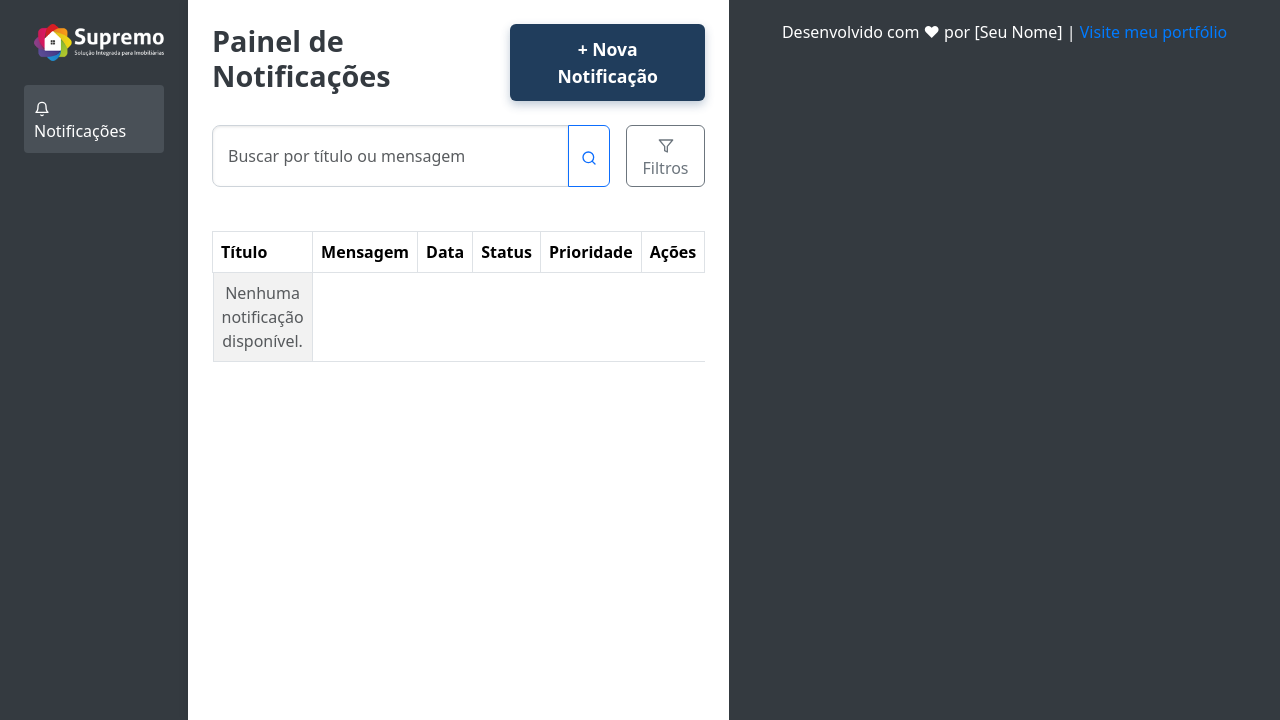
Repository: ryanmarinhodev/Supremo-teste-tecnico
Page: /notifications
An editor plug-in stored every save of this project. The page is shown before and after the next save, followed by the edit.
The browser window is 1280 px wide. The pictures show the whole page.
The project was rebuilt for these pictures with package versions that can differ from the ones it lists, and the page was loaded fresh each time. Also part of the build but not shown: src/App.css, src/Components/Login/index.jsx.

Above is the page before, as saved 2024-11-07 19:48:50.

### src/App.js
import { BrowserRouter, Routes, Route } from "react-router-dom";
import "./App.css";
import Login from "./Components/Login";
import NotificationsPage from "./Components/Notifications/homeNotification";

const App = () => {
  return (
    <BrowserRouter>
      <Routes>
        <Route path="/" element={<Login />} />
        <Route path="/notifications" element={<NotificationsPage />} />
      </Routes>
    </BrowserRouter>
  );
};

export default App;

### src/Components/Notifications/homeNotification.jsx
import React, { useState } from "react";
import Menu from "./menu";
import Buscar from "./buscar";
import TabelaNotificacoes from "./tabelaNotificacoes";
import ModalNotificacao from "./modalNotificacao";
import Footer from "./footer";
import "./notification.css";
import { Button } from "react-bootstrap";

const HomeNotification = () => {
  const [notifications, setNotifications] = useState([]);
  const [showModal, setShowModal] = useState(false);
  const [search, setSearch] = useState("");
  const [currentNotification, setCurrentNotification] = useState({
    id: null,
    title: "",
    message: "",
    date: "",
    status: "Não Lida",
    priority: "Normal",
  });

  const getCurrentDate = () => {
    const today = new Date();
    return today.toISOString().split("T")[0];
  };

  const openModal = (
    notification = {
      title: "",
      message: "",
      date: getCurrentDate(),
      status: "Não Lida",
      priority: "Normal",
    }
  ) => {
    setCurrentNotification(notification);
    setShowModal(true);
  };

  const closeModal = () => {
    setShowModal(false);
    setCurrentNotification({
      id: null,
      title: "",
      message: "",
      date: getCurrentDate(),
      status: "Não Lida",
      priority: "Normal",
    });
  };

  const handleChange = (e) => {
    const { name, value } = e.target;
    setCurrentNotification((prev) => ({ ...prev, [name]: value }));
  };

  const handleSubmit = () => {
    if (currentNotification.id) {
      setNotifications((prev) =>
        prev.map((notif) =>
          notif.id === currentNotification.id ? currentNotification : notif
        )
      );
    } else {
      setNotifications((prev) => [
        ...prev,
        { ...currentNotification, id: Date.now() },
      ]);
    }
    closeModal();
  };

  const handleDelete = (id) => {
    setNotifications((prev) => prev.filter((notif) => notif.id !== id));
  };

  const markAsRead = (id) => {
    setNotifications((prev) =>
      prev.map((notif) =>
        notif.id === id ? { ...notif, status: "Lida" } : notif
      )
    );
  };

  const filteredNotifications = notifications.filter(
    (notif) =>
      notif.title.toLowerCase().includes(search.toLowerCase()) ||
      notif.message.toLowerCase().includes(search.toLowerCase())
  );
  return (
    <div className="dashboard-container d-flex">
      <Menu />
      <div className="content flex-grow-1 p-4">
        <header className="d-flex justify-content-between align-items-center mb-4">
          <h2 className="page-title">Painel de Notificações</h2>
          <Button variant="primary" onClick={() => openModal()}>
            + Nova Notificação
          </Button>
        </header>

        <Buscar search={search} setSearch={setSearch} />

        <TabelaNotificacoes
          notifications={filteredNotifications}
          openModal={openModal}
          handleDelete={handleDelete}
          markAsRead={markAsRead}
        />

        <ModalNotificacao
          showModal={showModal}
          closeModal={closeModal}
          currentNotification={currentNotification}
          handleChange={handleChange}
          handleSubmit={handleSubmit}
        />
      </div>
      <Footer />
    </div>
  );
};

export default HomeNotification;

### src/Components/Login/styles.css
:root {
    --primary-color: #203d5c;
    --secondary-color: #adb5bd;
    --hover-color: #182533;
    --background-overlay: rgba(0, 0, 0, 0.4);
    --box-shadow: 0 4px 10px rgba(47, 84, 122, 0.3);
}

.login-container {
    background: url('https://wallpapers.com/images/hd/4k-architecture-yellow-glass-building-6d7nbmyltxlyxxv8.jpg') no-repeat center center;
    background-size: cover;
    min-height: 100vh;
    padding: 20px;
    display: flex;
    align-items: center;
    justify-content: center;
    position: relative;
}

.login-container::before {
    content: '';
    position: absolute;
    top: 0;
    left: 0;
    right: 0;
    bottom: 0;
    background: var(--background-overlay);
    z-index: 1;
}

.login-card {
    width: 100%;
    max-width: 600px;
    background-color: #ffff;
    border-radius: 12px;
    box-shadow: var(--box-shadow);
    border: 1px solid rgba(0, 0, 0, 0.05);
    transition: transform 0.3s ease, box-shadow 0.3s ease;
    position: relative;
    z-index: 2;
    padding: 40px;
    animation: fadeIn 0.6s ease;
    align-items: center;
    text-align: center;
}

.login-card:hover {
    transform: translateY(-5px);
    box-shadow: 0 15px 40px rgba(0, 0, 0, 0.3);
}


.logo {
    width: 100px;
    height: auto;
    margin-bottom: 20px;
}

.text-center {
    display: flex;
    flex-direction: column;
    align-items: center;
}

.login-title {
    font-size: 2rem;
    font-weight: 700;
    color: #000;
    margin-top: 10px;
    margin-bottom: 10px;
    font-family: 'Poppins', sans-serif;
}

.title-underline {
    width: 60px;
    height: 4px;
    background-color: #495f75;
    margin: 0 auto 20px auto;
    border-radius: 2px;
}

.subtitle {
    font-size: 1rem;
    color: #e0e0e0;
    text-align: center;
    margin-bottom: 30px;
    font-weight: 400;
}


.form-control {
    border-radius: 8px;
    padding: 15px;
    font-size: 1rem;
    border: 1px solid #ced4da;
    box-shadow: inset 0 1px 3px rgba(0, 0, 0, 0.1);
    transition: border-color 0.3s ease, box-shadow 0.3s ease;
}

.form-control:focus {
    border-color: var(--primary-color);
    box-shadow: 0 0 0 0.2rem rgba(89, 124, 161, 0.25);
}

/* Botão de login com estilo profissional */
.btn-primary {
    background-color: var(--primary-color);
    border: none;
    font-size: 1.1rem;
    font-weight: 600;
    padding: 12px 20px;
    border-radius: 6px;
    transition: background-color 0.3s ease, transform 0.2s ease;
    box-shadow: var(--box-shadow);
}

.btn-primary:hover {
    background-color: var(--hover-color);
    transform: scale(1.03);
}

/* Link "Esqueci a senha" com estilo sutil */
.text-secondary {
    color: var(--secondary-color) !important;
    font-size: 0.9rem;
}

.text-secondary:hover {
    color: #000 !important;
    text-decoration: underline;
}

/* Altera a cor de fundo e da borda do checkbox quando marcado */
.form-check-input:checked {
    background-color: var(--hover-color);
    border-color: var(--secondary-color);
}

.form-check-input:focus {
    box-shadow: none;
}

/* Efeito de transição suave ao aparecer o card */
@keyframes fadeIn {
    from {
        opacity: 0;
        transform: scale(0.9);
    }
    to {
        opacity: 1;
        transform: scale(1);
    }
}

@media (max-width: 768px) {
    .login-card {
        max-width: 90%;
        padding: 20px;
        border-radius: 8px;
    }

    .login-title {
        font-size: 1.5rem;
    }

    .subtitle {
        font-size: 0.9rem;
    }

    .logo {
        width: 80px;
    }

    .form-control {
        padding: 10px;
        font-size: 0.9rem;
    }

    .btn-primary {
        font-size: 1rem;
        padding: 10px;
    }

    .title-underline {
        width: 50px;
        height: 3px;
    }
}

### src/Components/Notifications/menu.jsx
import React from "react";
import { FiBell } from "react-icons/fi";
import Logo from "../../assets/logo-supremo-branco.png";

const Sidebar = () => (
  <aside className="sidebar p-4">
    <img src={Logo} alt="Logotipo Supremo" className="logo" />
    <ul className="nav flex-column mt-4">
      <li className="nav-item mb-2">
        <a href="/notifications" className="nav-link active">
          <FiBell className="me-2" /> Notificações
        </a>
      </li>
    </ul>
  </aside>
);

export default Sidebar;

### src/Components/Notifications/buscar.jsx
import React from "react";
import { InputGroup, FormControl, Button } from "react-bootstrap";
import { FiSearch, FiFilter } from "react-icons/fi";

const BarraBusca = ({ search, setSearch }) => (
  <div className="d-flex mb-4">
    <InputGroup className="me-2">
      <FormControl
        placeholder="Buscar por título ou mensagem"
        value={search}
        onChange={(e) => setSearch(e.target.value)}
      />
      <Button variant="outline-primary">
        <FiSearch />
      </Button>
    </InputGroup>
    <Button variant="outline-secondary" className="ms-2">
      <FiFilter /> Filtros
    </Button>
  </div>
);

export default BarraBusca;

### src/Components/Notifications/tabelaNotificacoes.jsx
import React from "react";
import { Table, Button, Badge } from "react-bootstrap";
import { FiEdit, FiTrash2, FiCheckCircle } from "react-icons/fi";

const TabelaNotificacoes = ({
  notifications,
  openModal,
  handleDelete,
  markAsRead,
}) => (
  <Table striped bordered hover responsive>
    <thead>
      <tr>
        <th>Título</th>
        <th>Mensagem</th>
        <th>Data</th>
        <th>Status</th>
        <th>Prioridade</th>
        <th>Ações</th>
      </tr>
    </thead>
    <tbody>
      {notifications.length > 0 ? (
        notifications.map((notification) => (
          <tr key={notification.id}>
            <td>{notification.title}</td>
            <td>{notification.message}</td>
            <td>{notification.date}</td>
            <td>
              <Badge
                bg={notification.status === "Não Lida" ? "warning" : "success"}
              >
                {notification.status}
              </Badge>
            </td>
            <td>
              <Badge bg={notification.priority === "Alta" ? "danger" : "info"}>
                {notification.priority}
              </Badge>
            </td>
            <td>
              <Button
                variant="outline-secondary"
                size="sm"
                className="me-2"
                onClick={() => openModal(notification)}
              >
                <FiEdit /> Editar
              </Button>
              <Button
                variant="outline-danger"
                size="sm"
                onClick={() => handleDelete(notification.id)}
              >
                <FiTrash2 /> Excluir
              </Button>
              {notification.status === "Não Lida" && (
                <Button
                  variant="outline-success"
                  size="sm"
                  className="ms-2"
                  onClick={() => markAsRead(notification.id)}
                >
                  <FiCheckCircle /> Marcar como Lida
                </Button>
              )}
            </td>
          </tr>
        ))
      ) : (
        <tr>
          <td colSpan="6" className="text-center text-muted">
            Nenhuma notificação disponível.
          </td>
        </tr>
      )}
    </tbody>
  </Table>
);

export default TabelaNotificacoes;

### src/Components/Notifications/modalNotificacao.jsx
import React from "react";
import { Modal, Button, Form } from "react-bootstrap";

const ModalNotificacao = ({
  showModal,
  closeModal,
  currentNotification,
  handleChange,
  handleSubmit,
}) => {
  return (
    <Modal show={showModal} onHide={closeModal}>
      <Modal.Header closeButton>
        <Modal.Title>
          {currentNotification.id
            ? "Editar Notificação"
            : "Cadastrar Notificação"}
        </Modal.Title>
      </Modal.Header>
      <Modal.Body>
        <Form>
          <Form.Group className="mb-3">
            <Form.Label>Título</Form.Label>
            <Form.Control
              type="text"
              placeholder="Título da Notificação"
              name="title"
              value={currentNotification.title}
              onChange={handleChange}
            />
          </Form.Group>
          <Form.Group className="mb-3">
            <Form.Label>Mensagem</Form.Label>
            <Form.Control
              as="textarea"
              rows={3}
              placeholder="Mensagem da Notificação"
              name="message"
              value={currentNotification.message}
              onChange={handleChange}
            />
          </Form.Group>
          <Form.Group className="mb-3">
            <Form.Label>Data de Envio</Form.Label>
            <Form.Control
              type="date"
              name="date"
              value={currentNotification.date}
              onChange={handleChange}
            />
          </Form.Group>
          <Form.Group className="mb-3">
            <Form.Label>Prioridade</Form.Label>
            <Form.Select
              name="priority"
              value={currentNotification.priority}
              onChange={handleChange}
            >
              <option value="Normal">Normal</option>
              <option value="Alta">Alta</option>
            </Form.Select>
          </Form.Group>
        </Form>
      </Modal.Body>
      <Modal.Footer>
        <Button variant="secondary" onClick={closeModal}>
          Cancelar
        </Button>
        <Button variant="primary" onClick={handleSubmit}>
          {currentNotification.id ? "Salvar Alterações" : "Cadastrar"}
        </Button>
      </Modal.Footer>
    </Modal>
  );
};

export default ModalNotificacao;

### src/Components/Notifications/footer.jsx
import React from "react";
import "./notification.css"; // Certifique-se de criar este arquivo para estilos

const Footer = () => {
  const portfolioLink = "https://portfolio-ryann.netlify.app/";

  return (
    <footer className="footer">
      <div className="footer-content">
        <p>
          Desenvolvido com ♥ por [Seu Nome] |{" "}
          <a href={portfolioLink} target="_blank" rel="noopener noreferrer">
            Visite meu portfólio
          </a>
        </p>
      </div>
    </footer>
  );
};

export default Footer;

### src/Components/Notifications/notification.css
.dashboard-container {
    display: flex;
    min-height: 100vh;
    background-color: #f8f9fa;
  }

  .sidebar {
    width: 250px;
    background-color: #343a40;
    color: #fff;
    height: 100vh;
  }

.logo {
    width: 130px;
    display: flex;
    margin-left: 10px;
}

  .sidebar h4 {
    font-size: 1.4rem;
    font-weight: bold;
    color: #fff;
  }

  .sidebar .nav-link {
    color: #ced4da;
    padding: 10px;
    font-weight: 500;
  }

  .sidebar .nav-link:hover,
  .sidebar .nav-link.active {
    background-color: #495057;
    color: #fff;
    border-radius: 4px;
  }

  .content {
    flex-grow: 1;
    padding: 20px 40px;
    background-color: #ffffff;
    box-shadow: 0px 0px 10px rgba(0, 0, 0, 0.1);
  }

  .page-title {
    font-size: 1.8rem;
    font-weight: bold;
    color: #343a40;
  }

  .table {
    margin-top: 20px;
  }

  button {
    transition: background-color 0.3s ease, box-shadow 0.2s ease;
  }

  button:hover {
    box-shadow: 0px 4px 8px rgba(0, 0, 0, 0.15);
  }


  /* Responsividade: Oculta a sidebar e ajusta o conteúdo em telas menores */
@media (max-width: 768px) {
  .sidebar {
    width: 100%;
    height: auto;
    transform: translateX(-100%);
    position: absolute;
    top: 0;
    left: 0;
  }

  .sidebar.active {
    transform: translateX(0);
  }

  .content {
    margin-left: 0;
    padding: 20px;
  }
}

/* Botão de alternância da sidebar */
.sidebar-toggle {
  display: none;
}

@media (max-width: 768px) {
  .sidebar-toggle {
    display: block;
    background-color: #343a40;
    color: #fff;
    position: fixed;
    top: 10px;
    left: 10px;
    z-index: 1100;
  }
}

.page-title {
  font-size: 1.8rem;
  font-weight: bold;
  color: #343a40;
}

/* Ajuste da fonte do título em telas pequenas */
@media (max-width: 768px) {
  .page-title {
    font-size: 1.5rem;
  }
}

/* Barra de busca e botão */
.button-container {
  display: flex;
  justify-content: space-between;
  align-items: center;
  margin-bottom: 20px;
}

/* Estilo para a tabela */
.table {
  margin-top: 20px;
}

button {
  transition: background-color 0.3s ease, box-shadow 0.2s ease;
}

button:hover {
  box-shadow: 0px 4px 8px rgba(0, 0, 0, 0.15);
}


@media (max-width: 768px) {
    .sidebar {
      width: 100%;
      height: auto;
      transform: translateX(-100%);
      position: absolute;
      top: 0;
      left: 0;
    }

    .sidebar.active {
      transform: translateX(0);
    }

    .content {
      margin-left: 0;
      padding: 20px;
    }
  }

  .sidebar-toggle {
    display: none;
  }

  @media (max-width: 768px) {
    .sidebar-toggle {
      display: block;
      background-color: #343a40;
      color: #fff;
      position: fixed;
      top: 10px;
      left: 10px;
      z-index: 1100;
    }
  }

  .page-title {
    font-size: 1.8rem;
    font-weight: bold;
    color: #343a40;
  }

  @media (max-width: 768px) {
    .page-title {
      font-size: 1.5rem;
    }
  }

  .button-container {
    display: flex;
    justify-content: space-between;
    align-items: center;
    margin-bottom: 20px;
  }

  /* Estilo para a tabela */
  .table {
    margin-top: 20px;
  }

  button {
    transition: background-color 0.3s ease, box-shadow 0.2s ease;
  }

  button:hover {
    box-shadow: 0px 4px 8px rgba(0, 0, 0, 0.15);
  }

  .footer {
    background-color: #343a40; /* Cor de fundo escura */
    color: white; /* Texto branco */
    text-align: center; /* Centraliza o texto */
    padding: 20px 0; /* Espaçamento em cima e embaixo */
    position: relative; /* Para posicionamento */
    bottom: 0; /* Fica fixo na parte inferior da página */
    width: 100%; /* Largura total */
  }

  .footer-content p {
    margin: 0; /* Remove margem padrão */
  }

  .footer-content a {
    color: #007bff; /* Cor do link */
    text-decoration: none; /* Remove sublinhado */
  }

  .footer-content a:hover {
    text-decoration: underline; /* Sublinha o link ao passar o mouse */
  }

Loaded but not shown: public/index.html (common file); src/index.js (common file); src/index.css (common file); src/reportWebVitals.js (common file)

After the next save:
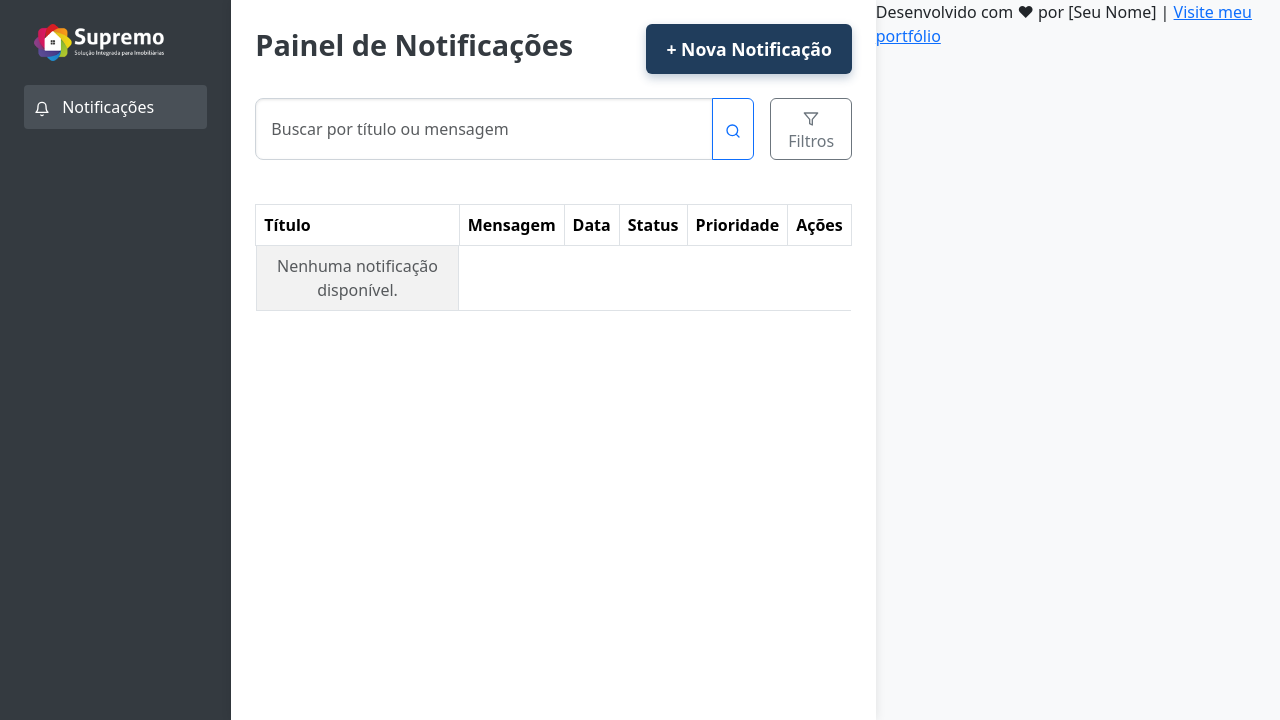
Saved 28 s later.
--- a/src/Components/Notifications/notification.css
+++ b/src/Components/Notifications/notification.css
@@ -202,26 +202,3 @@ button:hover {
   button:hover {
     box-shadow: 0px 4px 8px rgba(0, 0, 0, 0.15);
   }
-
-  .footer {
-    background-color: #343a40; /* Cor de fundo escura */
-    color: white; /* Texto branco */
-    text-align: center; /* Centraliza o texto */
-    padding: 20px 0; /* Espaçamento em cima e embaixo */
-    position: relative; /* Para posicionamento */
-    bottom: 0; /* Fica fixo na parte inferior da página */
-    width: 100%; /* Largura total */
-  }
-
-  .footer-content p {
-    margin: 0; /* Remove margem padrão */
-  }
-
-  .footer-content a {
-    color: #007bff; /* Cor do link */
-    text-decoration: none; /* Remove sublinhado */
-  }
-
-  .footer-content a:hover {
-    text-decoration: underline; /* Sublinha o link ao passar o mouse */
-  }

After the save that followed:
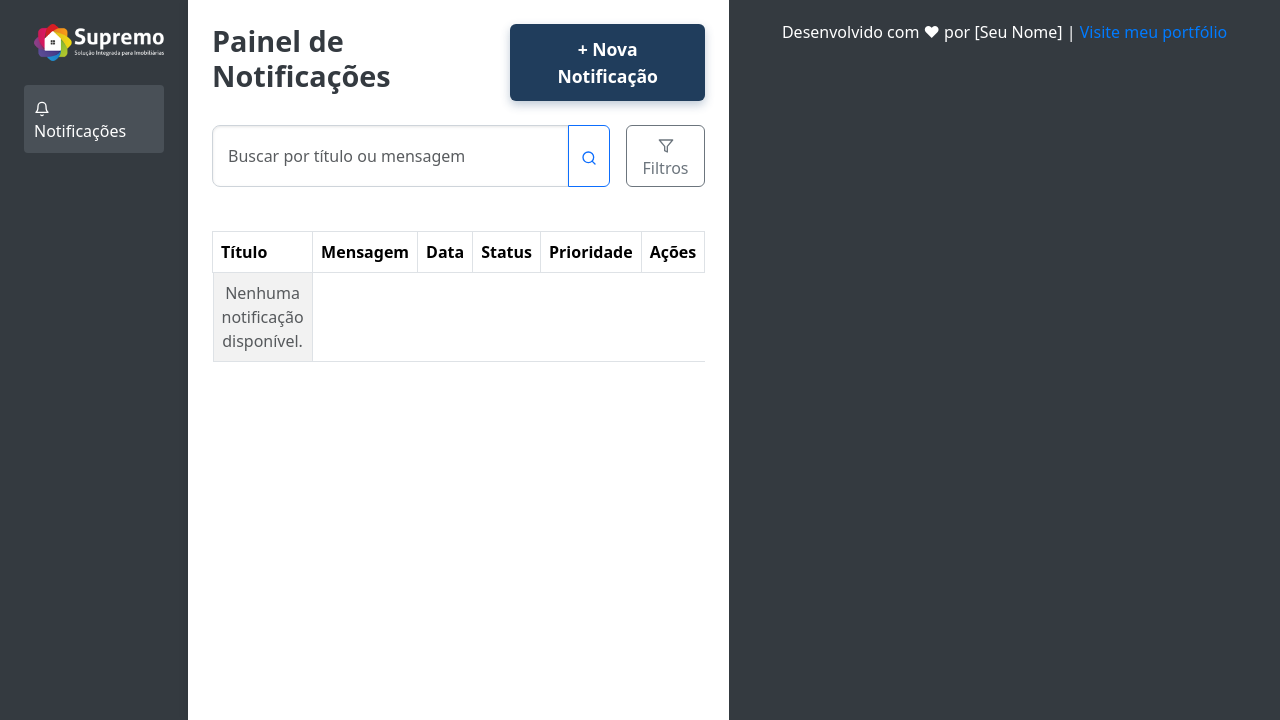
Saved 5 s later.
--- a/src/Components/Notifications/notification.css
+++ b/src/Components/Notifications/notification.css
@@ -202,3 +202,26 @@ button:hover {
   button:hover {
     box-shadow: 0px 4px 8px rgba(0, 0, 0, 0.15);
   }
+
+  .footer {
+    background-color: #343a40; /* Cor de fundo escura */
+    color: white; /* Texto branco */
+    text-align: center; /* Centraliza o texto */
+    padding: 20px 0; /* Espaçamento em cima e embaixo */
+    position: relative; /* Para posicionamento */
+    bottom: 0; /* Fica fixo na parte inferior da página */
+    width: 100%; /* Largura total */
+  }
+
+  .footer-content p {
+    margin: 0; /* Remove margem padrão */
+  }
+
+  .footer-content a {
+    color: #007bff; /* Cor do link */
+    text-decoration: none; /* Remove sublinhado */
+  }
+
+  .footer-content a:hover {
+    text-decoration: underline; /* Sublinha o link ao passar o mouse */
+  }
